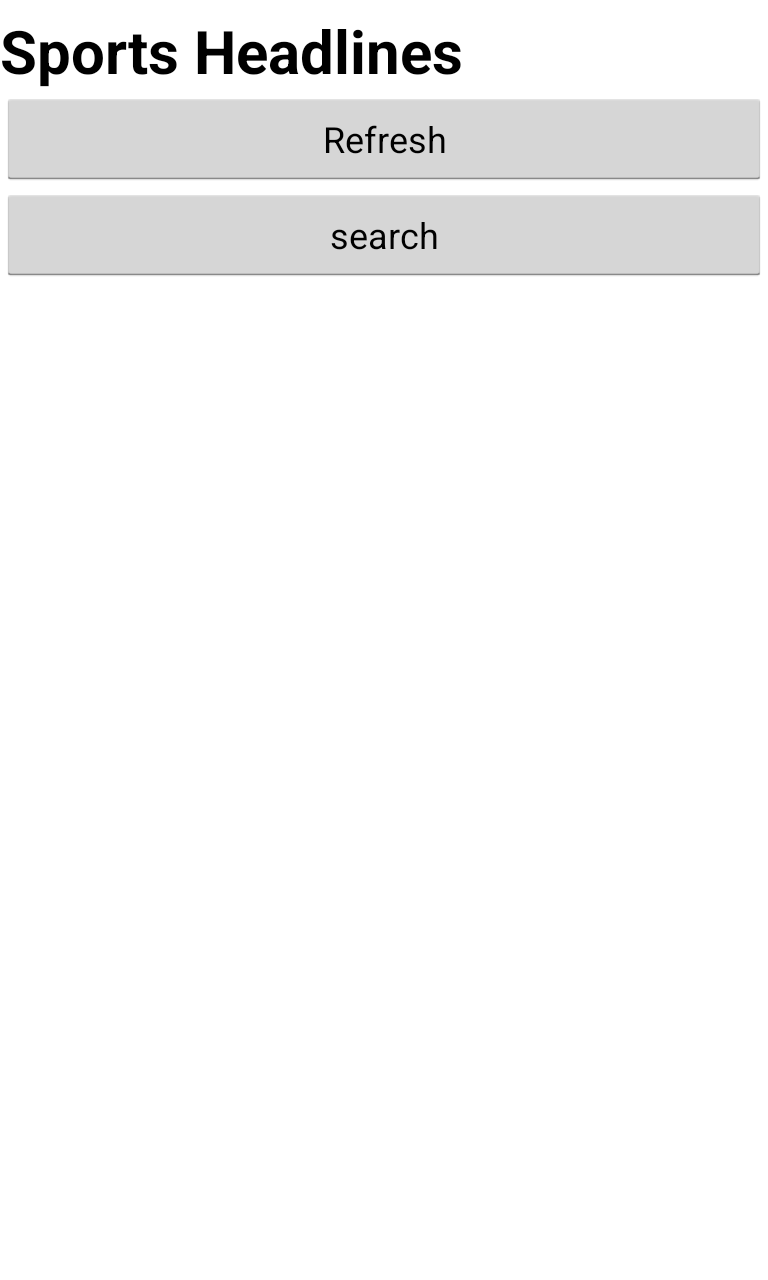
Repository: jbentley313/java2_Bentley2
Layout: sportsHeadlines/res/layout/activity_main.xml
The author's editor kept a copy of each file at every save. The layout is drawn from the files as they stood at one save, then again after the next save.
It is drawn on a 768 x 1280 px phone screen (xhdpi) without system bars, with theme AppTheme; the app's code is not run. Lists and similar views that code fills are empty.

Above is the layout before, as saved 2014-01-15 21:16:26.

### sportsHeadlines/res/layout/activity_main.xml
<LinearLayout xmlns:android="http://schemas.android.com/apk/res/android"
    xmlns:tools="http://schemas.android.com/tools"
    android:layout_width="fill_parent"
    android:layout_height="wrap_content"
    android:orientation="vertical" >

    <TextView
        android:id="@+id/titleTextView"
        style="@style/TitleStyle"
        android:layout_width="match_parent"
        android:layout_height="wrap_content"
        android:text="@string/sports_headlines" />


    <Button
        android:id="@+id/firstButton"
        android:layout_width="fill_parent"
        android:layout_height="wrap_content"
        android:text="@string/refresh" />

     <Button
        android:id="@+id/searchButton"
        android:layout_width="fill_parent"
        android:layout_height="wrap_content"
        android:text="@string/search" />

    <TextView
        android:id="@+id/resultTextView"
        android:layout_width="match_parent"
        android:layout_height="wrap_content" />

    <ListView
        android:id="@+id/list"
        android:layout_width="match_parent"
        android:layout_height="wrap_content"
        android:divider="#ffffff" />


</LinearLayout>

### sportsHeadlines/res/values/styles.xml
<resources xmlns:android="http://schemas.android.com/apk/res/android">

    <!--
        Base application theme, dependent on API level. This theme is replaced
        by AppBaseTheme from res/values-vXX/styles.xml on newer devices.
    -->
    <style name="AppBaseTheme" parent="android:Theme.Light">
        <!--
            Theme customizations available in newer API levels can go in
            res/values-vXX/styles.xml, while customizations related to
            backward-compatibility can go here.
        -->
    </style>

    <!-- Application theme. -->
    <style name="AppTheme" parent="AppBaseTheme">
        <!-- All customizations that are NOT specific to a particular API-level can go here. -->
    </style>

    <style name="TitleStyle">
        <item name="android:textStyle">bold</item>
        <item name="android:textColor">@android:color/black</item>
        <item name="android:textSize">30sp</item>
        <item name="android:paddingTop">5dp</item>
    </style>

    <style name="HLTitleStyle">
        <item name="android:textStyle">bold</item>
        <item name="android:textColor">@android:color/black</item>
        <item name="android:textSize">20sp</item>
        <item name="android:paddingTop">5dp</item>
    </style>

</resources>

### sportsHeadlines/res/values/strings.xml
<?xml version="1.0" encoding="utf-8"?>
<resources>

    <string name="app_name">sportsHeadlines</string>
    <string name="action_settings">Settings</string>
    <string name="hello_world">Hello world!</string>
    <string name="sports_headlines">Sports Headlines</string>
    <string name="headline">Headline</string>
    <string name="last_modified">Last Modified</string>
    <string name="refresh">Refresh</string>
    <string name="title_activity_headline_display">HeadlineDisplay</string>
    <string name="title_activity_display_headlines">DisplayHeadlines</string>
    <string name="title_activity_headline">HeadlineActivity</string>
    <string name="more_about_this_on_espn">more about this on ESPN</string>
    <string name="search">search</string>

</resources>

Loaded but not shown: sportsHeadlines/res/values-v11/styles.xml (common file); sportsHeadlines/res/values-v14/styles.xml (common file)

After the next save:
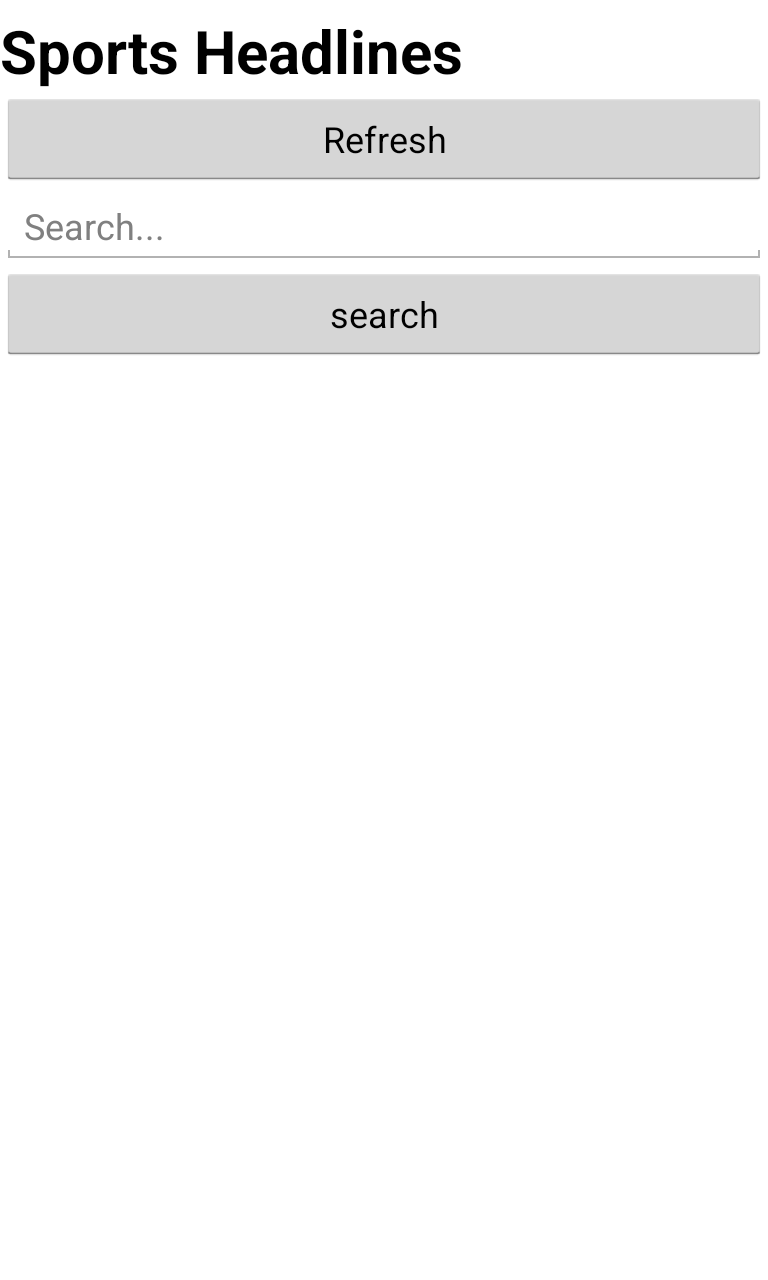
Saved 78 s later.
--- a/sportsHeadlines/res/layout/activity_main.xml
+++ b/sportsHeadlines/res/layout/activity_main.xml
@@ -18,6 +18,13 @@
         android:layout_height="wrap_content"
         android:text="@string/refresh" />
 
+    <EditText
+        android:id="@+id/searchTxt"
+        android:layout_width="fill_parent"
+        android:layout_height="wrap_content"
+        android:hint="Search..."
+        />
+
      <Button
         android:id="@+id/searchButton"
         android:layout_width="fill_parent"
